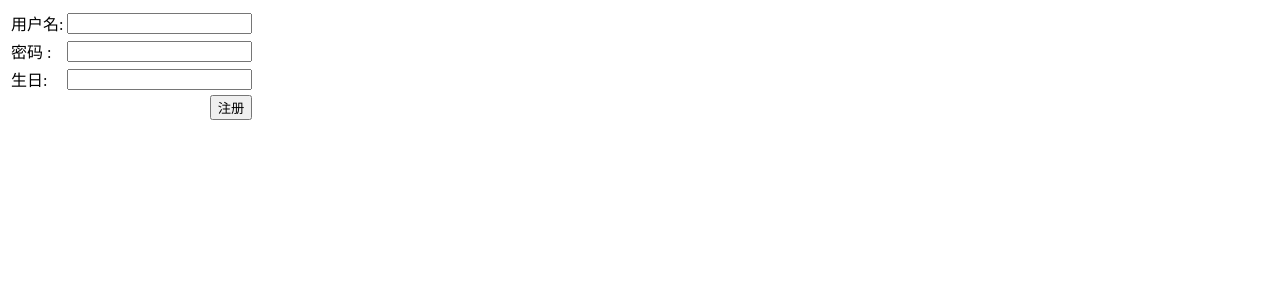
Repository: yanbin0061/JAVA
Page: http://localhost/struts_register/student.jsp
These files come from the project's save history. The page is drawn as it stood at one moment and after the next save; the edit follows.
The browser window is 1280 px wide. The pictures show the whole page.
The page is served by Tomcat 9. Other server files are loaded and not shown.

Above is the page before, as saved 2017-04-06 08:14:04.

### taotaoProgram/javaTest/struts_register/WebContent/student.jsp
<%@ page language="java" import="java.util.*" pageEncoding="UTF-8"%>
<%--导入struts2的标签库 --%>
<%@ taglib uri="/struts-tags" prefix="s" %>
<!DOCTYPE HTML PUBLIC "-//W3C//DTD HTML 4.01 Transitional//EN">
<html>
  <head>
    <title>用户注册,使用的是struts2的标签</title>
  </head>
  <body>
  <s:actionerror/><!-- 动作错误 -->
  <s:fielderror/><!-- 字段错误 -->
  <%--
        struts2的form标签，它提供了和原始html表单标签几乎一致的属性
        action：请求地址，直接写动作名称
        method：请求方式，默认的是post
        enctype：表单编码的MIME类型
   --%>

  <s:form action="register.action">
      <s:textfield name="username" label="用户名" requiredLable="true"/>
      <s:password name="password" label="密码 "/>
      <s:textfield name="birthday" label="生日"/>
      <s:submit value="注册"/>
  </s:form>
  <%--
   	<form action="${pageContext.request.contextPath}/register.action" method="post">
   		用户名：<input type="text" name="username" /><br/>
   		密码：<input type="password" name="password" /><br/>
   		生日：<input type="text" name="birthday" /><br/>
   		爱好：<input type="checkbox" name="hobby" value="吃饭"/>吃饭
   		    <input type="checkbox" name="hobby" value="睡觉"/>睡觉
   		    <input type="checkbox" name="hobby" value="打游戏"/>打游戏
   			<br/>
   		已婚：<input type="checkbox" name="married" value="true"/><br/>
   		<input type="submit" value="注册" />
   	</form>
   	--%>
  </body>
</html>

After the next save:
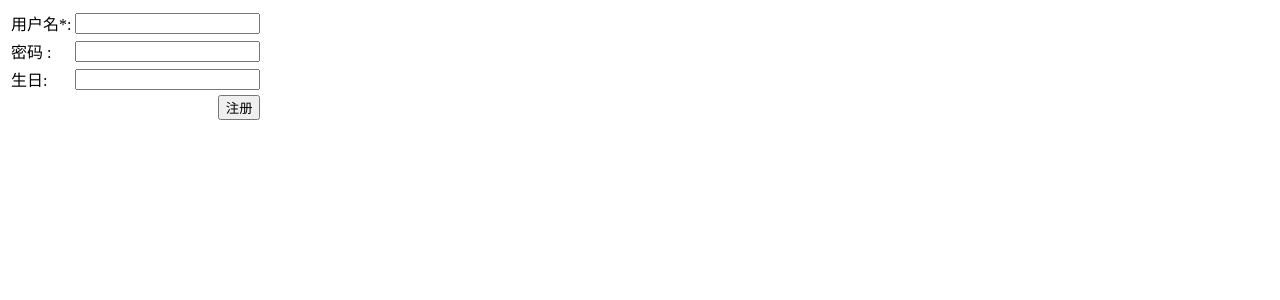
Saved 29 s later.
--- a/taotaoProgram/javaTest/struts_register/WebContent/student.jsp
+++ b/taotaoProgram/javaTest/struts_register/WebContent/student.jsp
@@ -17,7 +17,7 @@
    --%>
 
   <s:form action="register.action">
-      <s:textfield name="username" label="用户名" requiredLable="true"/>
+      <s:textfield name="username" label="用户名" requiredLabel="true"/>
       <s:password name="password" label="密码 "/>
       <s:textfield name="birthday" label="生日"/>
       <s:submit value="注册"/>
